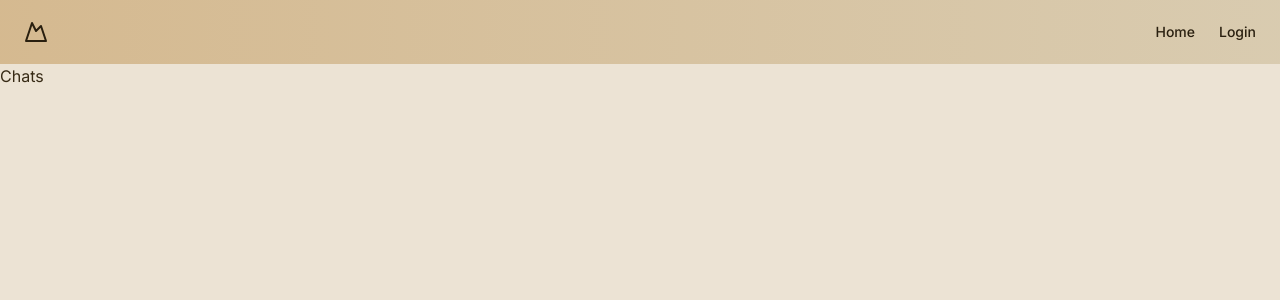
Repository: IIandreeii/Front-endTesis
Page: /mensajes
These files come from the project's save history. The page is drawn as it stood at one moment and after the next save; the edit follows.
The browser window is 1280 px wide. The pictures show the whole page.
The page's requests for data from a server got no answer. The project was rebuilt for these pictures with package versions that can differ from the ones it lists, and the page was loaded fresh each time. The framework's server and built-in components were replaced by stand-ins that run in the browser. No one was signed in, and anything a server would have sent is missing. Also part of the build but not shown: next.config.mjs.

Above is the page before, as saved 2024-11-12 01:22:10.

### src/app/layout.tsx
// layout.tsx
import type { Metadata } from "next";
import { Inter } from "next/font/google";
import "./globals.css";

import Navbar from "@/components/component/navbar";
import { AuthProvider } from '@/lib/AuthContext.jsx';

import { cn } from '@/lib/utils'

const inter = Inter({ subsets: ["latin"] });

export const metadata: Metadata = {
  title: "Create Next App",
  description: "Generated by create next app",
};

const fontHeading = Inter({
  subsets: ['latin'],
  display: 'swap',
  variable: '--font-heading',
})

const fontBody = Inter({
  subsets: ['latin'],
  display: 'swap',
  variable: '--font-body',
})

export default function RootLayout({
  children,
}: Readonly<{
  children: React.ReactNode;
}>) {
  return (
    <html lang="en">
      <body
        className={cn(
          'antialiased',
          fontHeading.variable,
          fontBody.variable
        )}
      >
        <AuthProvider>
        <div className="pt-16">
        <Navbar />
        {children}
        </div>
        </AuthProvider>
      </body>
    </html>
  );
}

### src/app/mensajes/page.jsx

import Mensajes from "@/components/component/fb-messenger-complete.jsx";


export default function Home() {
  return (
    <Mensajes />
  );
}

### src/app/globals.css
@tailwind base;
@tailwind components;
@tailwind utilities;

@layer base {
  :root {
    --background: 36 39% 88%;
    --foreground: 36 45% 15%;
    --primary: 36 45% 70%;
    --primary-foreground: 36 45% 11%;
    --secondary: 40 35% 77%;
    --secondary-foreground: 36 45% 25%;
    --accent: 36 64% 57%;
    --accent-foreground: 36 72% 17%;
    --destructive: 0 84% 37%;
    --destructive-foreground: 0 0% 98%;
    --muted: 36 33% 75%;
    --muted-foreground: 36 45% 25%;
    --card: 36 46% 82%;
    --card-foreground: 36 45% 20%;
    --popover: 0 0% 100%;
    --popover-foreground: 240 10% 3.9%;
    --border: 36 45% 60%;
    --input: 36 45% 60%;
    --ring: 36 45% 30%;
    --radius: 5rem;
  }
}

@layer base {
  * {
    @apply border-border;
  }

  body {
    @apply bg-background text-foreground font-body;
  }

  h1, h2, h3, h4, h5, h6 {
    @apply font-heading;
  }
}

### src/components/component/navbar.jsx
"use client";

import Link from "next/link";
import { useRouter } from "next/navigation";
import { useEffect, useState } from "react";
import { useAuth } from '../../lib/AuthContext';

function Navbar() {
  const router = useRouter();
  const { authToken, login, logout } = useAuth();
  const [isLoading, setIsLoading] = useState(true);

  useEffect(() => {
    const token = localStorage.getItem('authToken');
    // console.log('Token recuperado de localStorage:', token); // Validación
    if (token) {
      login(token);
    }
    setIsLoading(false);
    // console.log('Estado de autenticación actualizado:', !!token); // Validación
  }, [login]);

  const handleLogout = async () => {
    const token = localStorage.getItem('authToken');
    if (!token) {
      // console.error('Token no encontrado');
      return;
    }

    try {
      const response = await fetch(`http://localhost:3001/logout?secret_token=${token}`, {
        method: 'POST',
        headers: {
          'Content-Type': 'application/json',
          'Authorization': `Bearer ${token}`
        }
      });

      if (response.ok) {
        const data = await response.json();
        // console.log(data.message);
        localStorage.removeItem('authToken');
        logout();
        router.push('/logind'); // Corrige la ruta de redirección
      } else {
        const errorData = await response.json();
        // console.error(errorData.message);
      }
    } catch (error) {
      // console.error('Error al cerrar sesión:', error);
    }
  };

  const handleLogin = () => {
    const token = '{token}'; // Reemplaza esto con el token real
    localStorage.setItem('authToken', token);
    login(token);
    // console.log('Token almacenado:', token); // Validación
  };

  useEffect(() => {
    if (authToken && router && typeof router.replace === 'function' && router.asPath) {
      router.replace(router.asPath);
    }
  }, [authToken, router]);

  if (isLoading) {
    return null; // O cualquier otro componente de carga que prefieras
  }

  return (
    <header className=" fixed top-0 left-0 right-0 z-50 flex items-center justify-between h-16 px-6 bg-gradient-to-r from-primary to-secondary text-primary-foreground">
      <Link href="/" className="flex items-center gap-2" prefetch={false}>
        <MountainIcon className="w-6 h-6" />
        <span className="sr-only">Acme Inc</span>
      </Link>
      <nav className="flex items-center gap-6">
        <Link
          href="/organizaciones"
          className=" text-[#4c7d78] text-sm font-medium text-primary-foreground hover:text-foreground transition-colors"
          prefetch={false}
        >
          Home
        </Link>
        {authToken ? (
          <>
            <Link
              href="/profile"
              className="text-[#4c7d78] text-sm font-medium text-primary-foreground hover:text-foreground transition-colors"
              prefetch={false}
            >
              Profile
            </Link>
            <button
              onClick={handleLogout}
              className="text-[#4c7d78] text-sm font-medium text-primary-foreground hover:text-foreground transition-colors"
            >
              Logout
            </button>
          </>
        ) : (
          <Link
            href="/logind"
            className="text-[#4c7d78] text-sm font-medium text-primary-foreground hover:text-foreground transition-colors"
            prefetch={false}
          >
            Login
          </Link>
        )}
      </nav>
    </header>
  );
}

function MountainIcon(props) {
  return (
    <svg
      {...props}
      xmlns="http://www.w3.org/2000/svg"
      width="24"
      height="24"
      viewBox="0 0 24 24"
      fill="none"
      stroke="currentColor"
      strokeWidth="2"
      strokeLinecap="round"
      strokeLinejoin="round"
    >
      <path d="m8 3 4 8 5-5 5 15H2L8 3z" />
    </svg>
  );
}

export default Navbar;

### src/lib/AuthContext.jsx
"use client";

// lib/AuthContext.js
import { createContext, useContext, useState } from 'react';

const AuthContext = createContext();

export function AuthProvider({ children }) {
  const [authToken, setAuthToken] = useState(null);

  const login = (token) => {
    setAuthToken(token);
    localStorage.setItem('authToken', token);
  };

  const logout = () => {
    setAuthToken(null);
    localStorage.removeItem('authToken');
  };

  return (
    <AuthContext.Provider value={{ authToken, login, logout }}>
      {children}
    </AuthContext.Provider>
  );
}

export function useAuth() {
  return useContext(AuthContext);
}

### src/lib/utils.ts
import { type ClassValue, clsx } from "clsx"
import { twMerge } from "tailwind-merge"


export function cn(...inputs: ClassValue[]) {

  return twMerge(clsx(inputs))
}

### src/components/component/fb-messenger-complete.jsx
'use client';  // Marcar como un componente del cliente

import { useEffect, useState } from 'react';
import { io } from 'socket.io-client';

const ChatComponent = () => {
  const [chats, setChats] = useState([]);
  const [messages, setMessages] = useState([]);
  const [newMessage, setNewMessage] = useState('');
  const [activeChat, setActiveChat] = useState(null);
  const socket = io('http://localhost:3001'); // Conecta con el backend

  const userId = 'USER_ID'; // Reemplaza esto con el ID real del usuario

  useEffect(() => {
    // Obtener chats desde la API
    const fetchChats = async () => {
      const response = await fetch(`http://localhost:3001/chats?userId=${userId}`);  // Reemplaza con tu ID
      const data = await response.json();
      setChats(data);
    };

    fetchChats();

    // Escuchar mensajes en tiempo real
    socket.on('receiveMessage', (message) => {
      setMessages((prevMessages) => [...prevMessages, message]);
    });

    return () => {
      socket.off('receiveMessage'); // Limpiar el evento cuando el componente se desmonte
    };
  }, []);

  const handleChatSelect = async (chatId) => {
    // Obtener mensajes del chat seleccionado
    const chat = chats.find(c => c.id === chatId);
    const receiverId = chat.participants.find(p => p._id !== userId)._id;

    const response = await fetch(`http://localhost:3001/messages?senderId=${userId}&receiverId=${receiverId}`);
    const data = await response.json();
    setMessages(data);
    setActiveChat(chatId);
  };

  const handleSendMessage = () => {
    if (newMessage && activeChat) {
      const chat = chats.find(c => c.id === activeChat);
      const receiverId = chat.participants.find(p => p._id !== userId)._id;

      socket.emit('sendMessage', {
        senderId: userId, // Reemplaza con el ID del usuario actual
        receiverId: receiverId,
        message: newMessage,
      });
      setNewMessage('');
    }
  };

  return (
    <div>
      <div>
        <h1>Chats</h1>
        <div>
          {chats.map(chat => (
            <div key={chat.id} onClick={() => handleChatSelect(chat.id)}>
              <img src={chat.avatar} alt={chat.name} />
              <p>{chat.name}</p>
              <p>{chat.lastMessage}</p>
            </div>
          ))}
        </div>
      </div>

      {activeChat && (
        <div>
          <h2>Chat with {activeChat}</h2>
          <div>
            {messages.map((msg, index) => (
              <div key={index}>{msg.text}</div>
            ))}
          </div>
          <input
            type="text"
            value={newMessage}
            onChange={(e) => setNewMessage(e.target.value)}
            placeholder="Escribe un mensaje"
          />
          <button onClick={handleSendMessage}>Enviar</button>
        </div>
      )}
    </div>
  );
};

export default ChatComponent;

### tailwind.config.ts
import type { Config } from "tailwindcss";
import { fontFamily } from "tailwindcss/defaultTheme";

/** @type {import('tailwindcss').Config} */

const config: Config = {
  content: [
    "./src/pages/**/*.{js,ts,jsx,tsx,mdx}",
    "./src/components/**/*.{js,ts,jsx,tsx,mdx}",
    "./src/app/**/*.{js,ts,jsx,tsx,mdx}",
  ],
  theme: {
    extend: {
      fontFamily: {
        heading: ['var(--font-heading)', ...fontFamily.sans],
        body: ['var(--font-body)', ...fontFamily.sans]
      },

      backgroundImage: {
        "gradient-radial": "radial-gradient(var(--tw-gradient-stops))",
        "gradient-conic":
          "conic-gradient(from 180deg at 50% 50%, var(--tw-gradient-stops))",
      },
    },
    colors: {
      border: 'hsl(var(--border))',
      input: 'hsl(var(--input))',
      ring: 'hsl(var(--ring))',
      background: 'hsl(var(--background))',
      foreground: 'hsl(var(--foreground))',
      primary: {
        DEFAULT: 'hsl(var(--primary))',
        foreground: 'hsl(var(--primary-foreground))'
      },
      secondary: {
        DEFAULT: 'hsl(var(--secondary))',
        foreground: 'hsl(var(--secondary-foreground))'
      },
      destructive: {
        DEFAULT: 'hsl(var(--destructive))',
        foreground: 'hsl(var(--destructive-foreground))'
      },
      muted: {
        DEFAULT: 'hsl(var(--muted))',
        foreground: 'hsl(var(--muted-foreground))'
      },
      accent: {
        DEFAULT: 'hsl(var(--accent))',
        foreground: 'hsl(var(--accent-foreground))'
      },
      popover: {
        DEFAULT: 'hsl(var(--popover))',
        foreground: 'hsl(var(--popover-foreground))'
      },
      card: {
        DEFAULT: 'hsl(var(--card))',
        foreground: 'hsl(var(--card-foreground))'
      },
    },
      borderRadius: {
        xl: `calc(var(--radius) + 4px)`,
        lg: `var(--radius)`,
        md: `calc(var(--radius) - 2px)`,
        sm: `calc(var(--radius) - 4px)`
      },
      keyframes: {
            "accordion-down": {
              "from": {
                "height": "0"
              },
              "to": {
                "height": "var(--radix-accordion-content-height)"
              }
            },
            "accordion-up": {
              "from": {
                "height": "var(--radix-accordion-content-height)"
              },
              "to": {
                "height": "0"
              }
            }
          }
},
  plugins: [require("tailwindcss-animate")],
};




export default config;

After the next save:
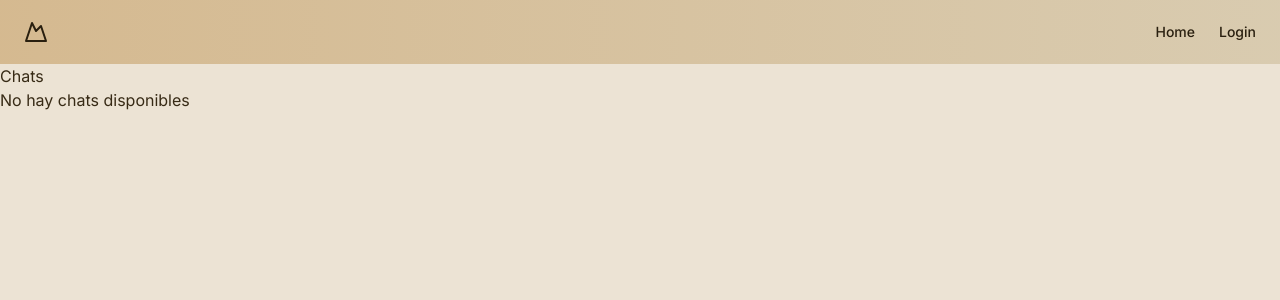
Saved 31 s later.
--- a/src/components/component/fb-messenger-complete.jsx
+++ b/src/components/component/fb-messenger-complete.jsx
@@ -4,7 +4,7 @@ import { useEffect, useState } from 'react';
 import { io } from 'socket.io-client';
 
 const ChatComponent = () => {
-  const [chats, setChats] = useState([]);
+  const [chats, setChats] = useState([]); // Asegúrate de que sea un array vacío al principio
   const [messages, setMessages] = useState([]);
   const [newMessage, setNewMessage] = useState('');
   const [activeChat, setActiveChat] = useState(null);
@@ -15,9 +15,19 @@ const ChatComponent = () => {
   useEffect(() => {
     // Obtener chats desde la API
     const fetchChats = async () => {
-      const response = await fetch(`http://localhost:3001/chats?userId=${userId}`);  // Reemplaza con tu ID
-      const data = await response.json();
-      setChats(data);
+      try {
+        const response = await fetch(`http://localhost:3001/chats?userId=${userId}`);
+        const data = await response.json();
+
+        // Asegurarte de que data sea un arreglo
+        if (Array.isArray(data)) {
+          setChats(data);
+        } else {
+          console.error("La respuesta de la API no es un arreglo");
+        }
+      } catch (error) {
+        console.error("Error al obtener los chats:", error);
+      }
     };
 
     fetchChats();
@@ -62,13 +72,17 @@ const ChatComponent = () => {
       <div>
         <h1>Chats</h1>
         <div>
-          {chats.map(chat => (
-            <div key={chat.id} onClick={() => handleChatSelect(chat.id)}>
-              <img src={chat.avatar} alt={chat.name} />
-              <p>{chat.name}</p>
-              <p>{chat.lastMessage}</p>
-            </div>
-          ))}
+          {Array.isArray(chats) && chats.length > 0 ? (
+            chats.map(chat => (
+              <div key={chat.id} onClick={() => handleChatSelect(chat.id)}>
+                <img src={chat.avatar} alt={chat.name} />
+                <p>{chat.name}</p>
+                <p>{chat.lastMessage}</p>
+              </div>
+            ))
+          ) : (
+            <p>No hay chats disponibles</p>
+          )}
         </div>
       </div>
 
